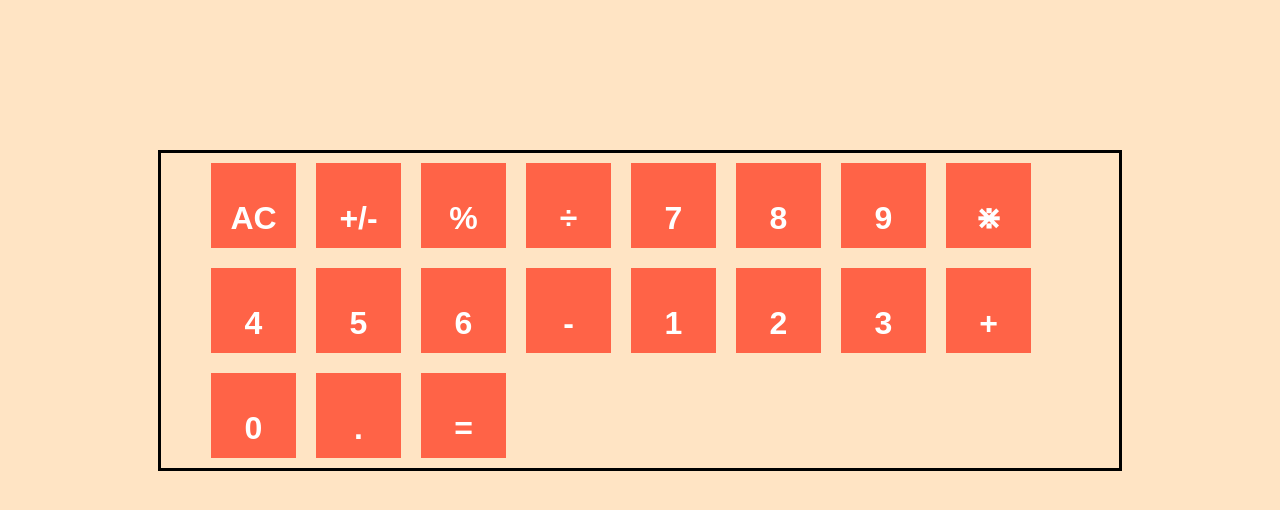
Repository: noahcallen/LAB-calculator
Page: index.html
The author's editor kept a copy of each file at every save. The page is drawn from the files as they stood at one save, then again after the next save.
The browser window is 1280 px wide. The pictures show the whole page.

Above is the page before, as saved 2024-07-09 22:22:12.

After the next save:
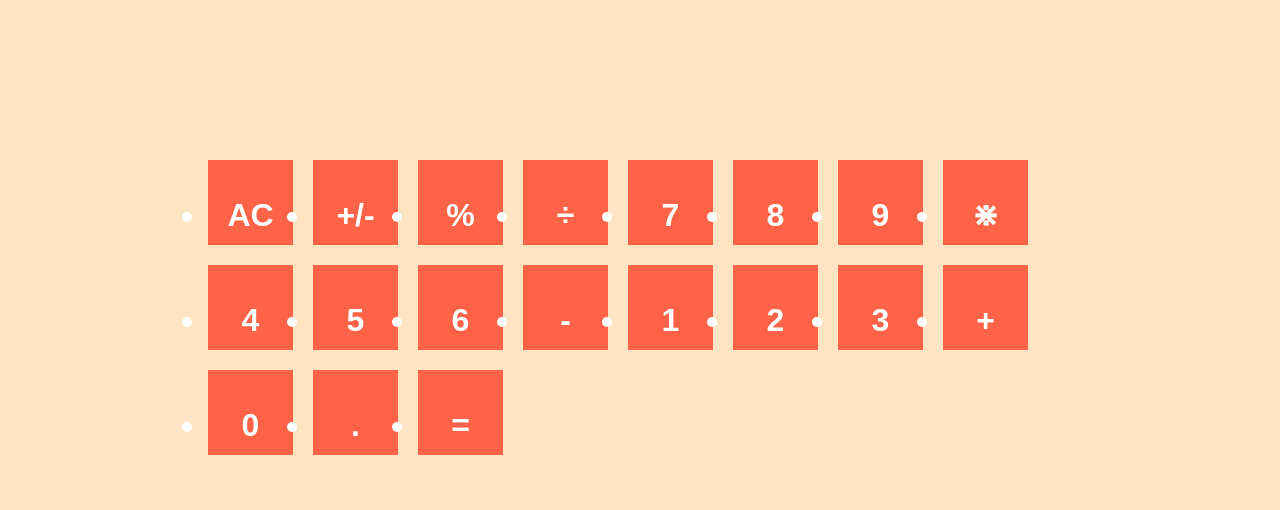
Saved 5 min 30 s later.
--- a/main.css
+++ b/main.css
@@ -5,7 +5,7 @@ body {
 .flex-container {
   /* padding: 100px; */
   margin: 150px;
-  list-style: none;
+  list-style:
   border: 3px solid rgb(0, 0, 0);
   /* -ms-box-orient: horizontal; */
   /* display: -webkit-box;
